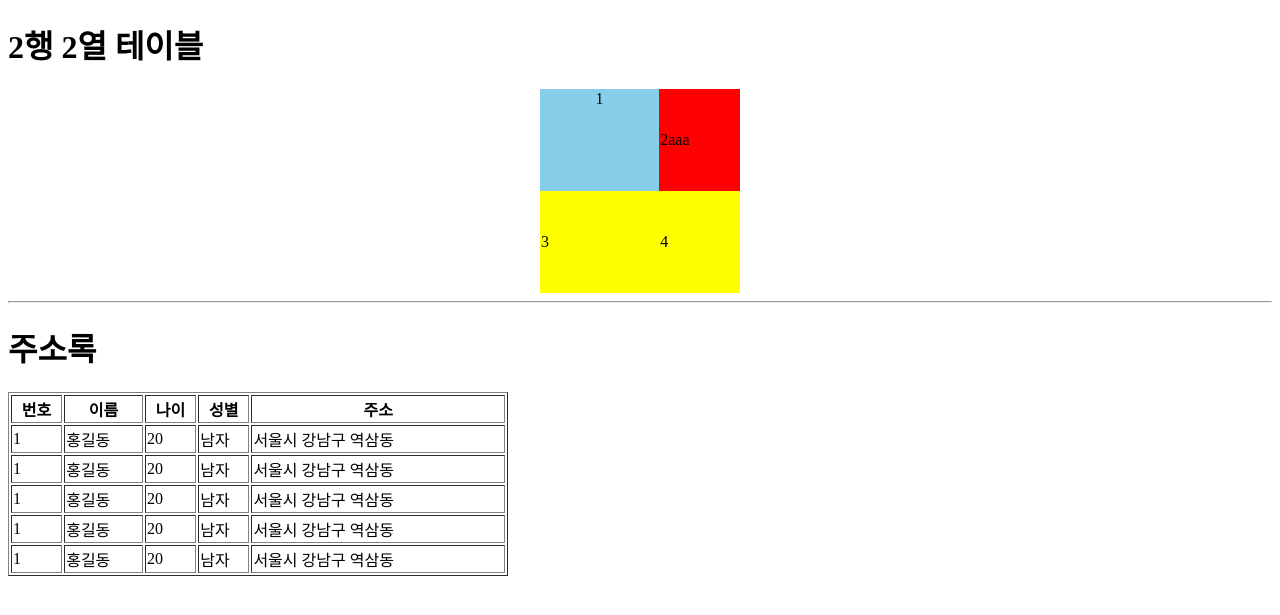
Repository: ssj5037/Class-Study
Page: [5] HTML, CSS, JavaScript/ClientTest/WebContent/Ex14_table.html
The author's editor kept a copy of each file at every save. The page is drawn from the files as they stood at one save, then again after the next save.
The browser window is 1280 px wide. The pictures show the whole page.

Above is the page before, as saved 2020-06-19 07:36:41.

After the next save:
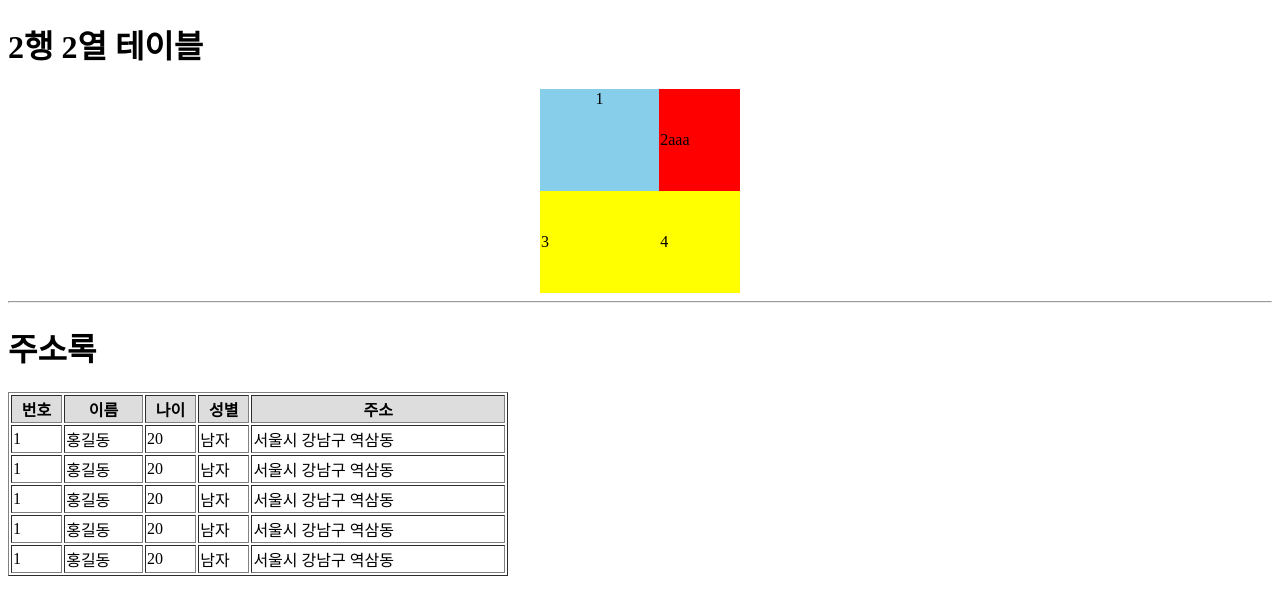
Saved 73 s later.
--- a/[5] HTML, CSS, JavaScript/ClientTest/WebContent/Ex14_table.html
+++ b/[5] HTML, CSS, JavaScript/ClientTest/WebContent/Ex14_table.html
@@ -49,7 +49,7 @@
 
 	 <table border="1" width="500">
 	 	<!-- 테이블 헤더 -->
-	 	<tr>
+	 	<tr bgcolor="#dddddd">
 	 		<th width="50">번호</th>
 	 		<th width="80">이름</th>
 	 		<th width="50">나이</th>
